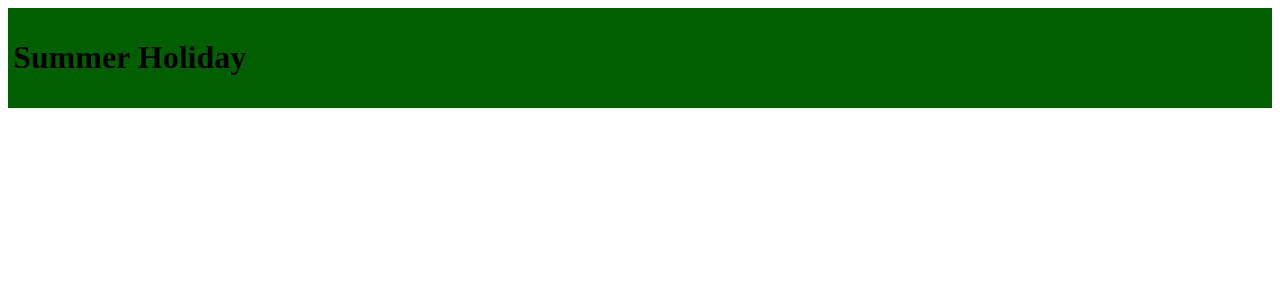
Repository: Lehuyhuynh/BT1-CSS
Page: index.html
The author's editor kept a copy of each file at every save. The page is drawn from the files as they stood at one save, then again after the next save.
The browser window is 1280 px wide. The pictures show the whole page.

Above is the page before, as saved 2023-08-16 14:28:06.

### index.html
<!DOCTYPE html>
<html lang="en">
<head>
  <meta charset="UTF-8">
  <link rel="stylesheet" href="style.css">
  <meta name="viewport" content="width=device-width, initial-scale=1.0">
  <title>BT1-CSS</title>
</head>
<body>
  <div class="row">
    <div class="head">
      <h1> Summer Holiday</h1>
    </div>
  </div>

</body>
</html>

### style.css
*{
  box-sizing: border-box;
}
.head
{
  background-color: rgb(1, 94, 1);
  padding: 10px 0 10px 5px;
}
h2{
  color: white;
}

After the next save:
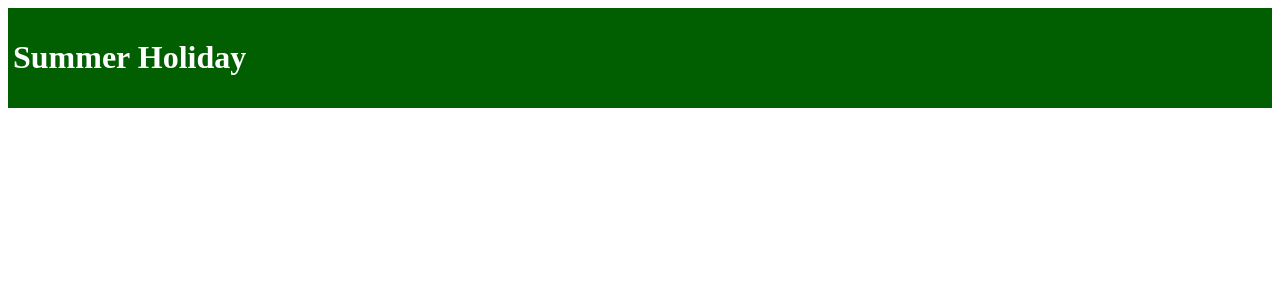
Saved 22 s later.
--- a/style.css
+++ b/style.css
@@ -6,6 +6,6 @@
   background-color: rgb(1, 94, 1);
   padding: 10px 0 10px 5px;
 }
-h2{
+h1{
   color: white;
 }
